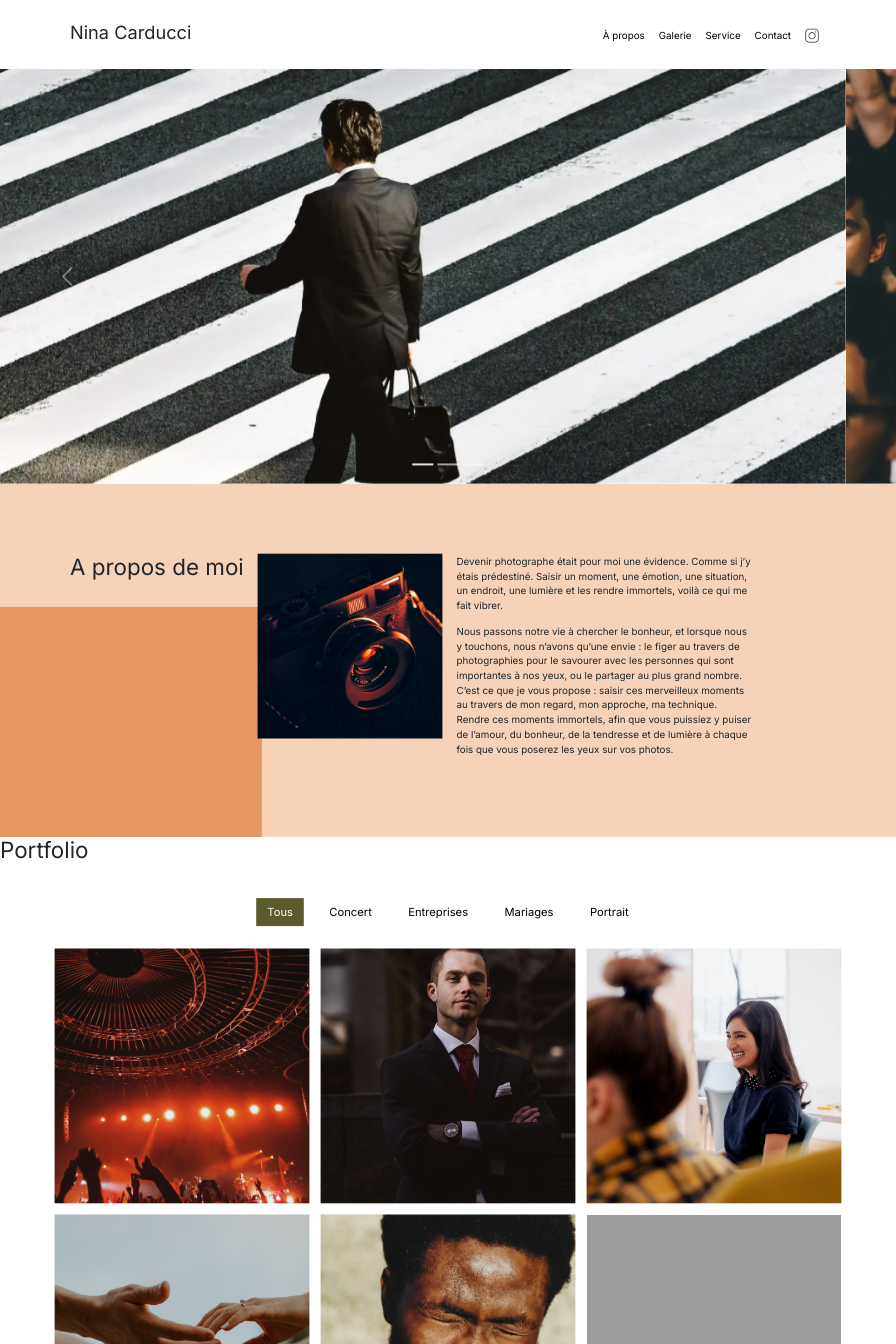
Repository: Dimple3377/project-9
Page: index.html
The author's editor kept a copy of each file at every save. The page is drawn from the files as they stood at one save, then again after the next save.
The browser window is 1280 px wide. The pictures show the part of the page from y = 0 to 1920 px (the page is 5087 px tall), at 70% of full size.
Pictures or frames that could not be fetched are drawn as grey boxes. Some web fonts or font styles are not loaded; a fallback is used.

Above is the page before, as saved 2024-04-16 16:08:27.

After the next save:
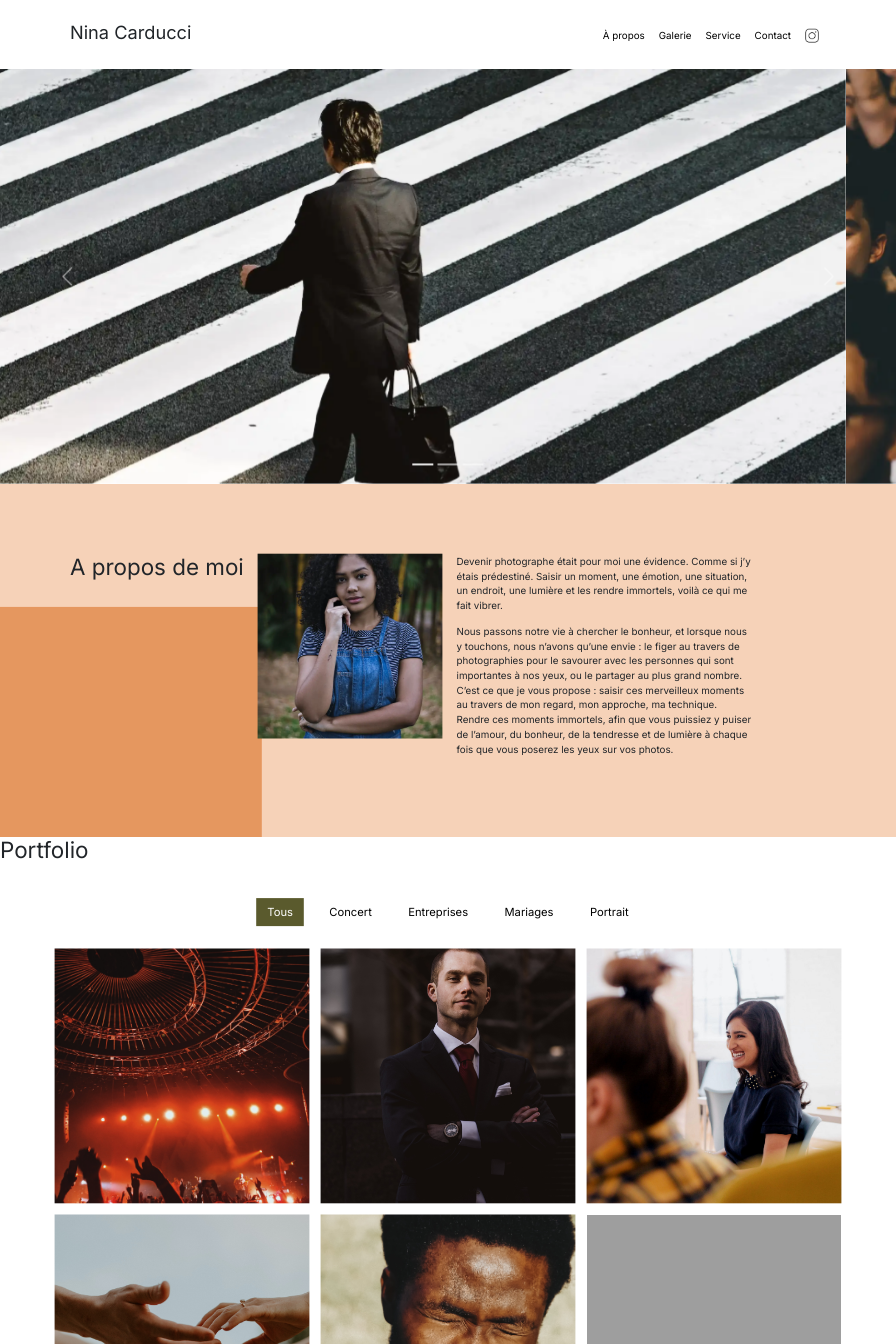
Saved 2 min 23 s later.
--- a/index.html
+++ b/index.html
@@ -125,7 +125,7 @@
     <section id="about">
       <h2>A propos de moi</h2> <!-- Changé en h2 pour les grandes sections -->
       <div class="picture left">
-        <img src="./assets/images/camera.webp" alt="Nina Carducci souriante" />
+        <img src="./assets/images/nina.webp" alt="Nina Carducci souriante" />
       </div>
       <div id="about-me">
       <p>
